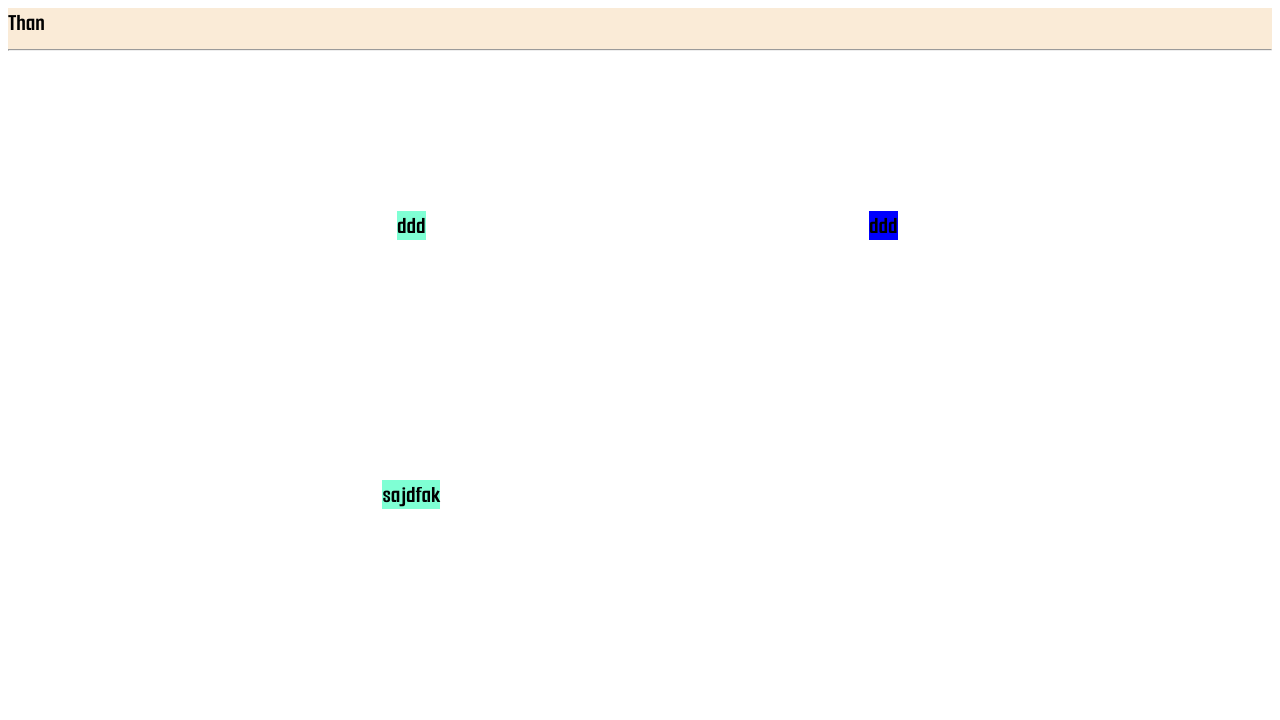
Repository: Than-dot/Than-dot
Page: index.html
The author's editor kept a copy of each file at every save. The page is drawn from the files as they stood at one save, then again after a run of saves.
The browser window is 1280 px wide. The pictures show the whole page.

Above is the page before, as saved 2026-04-22 12:32:02.

After the next 2 saves:
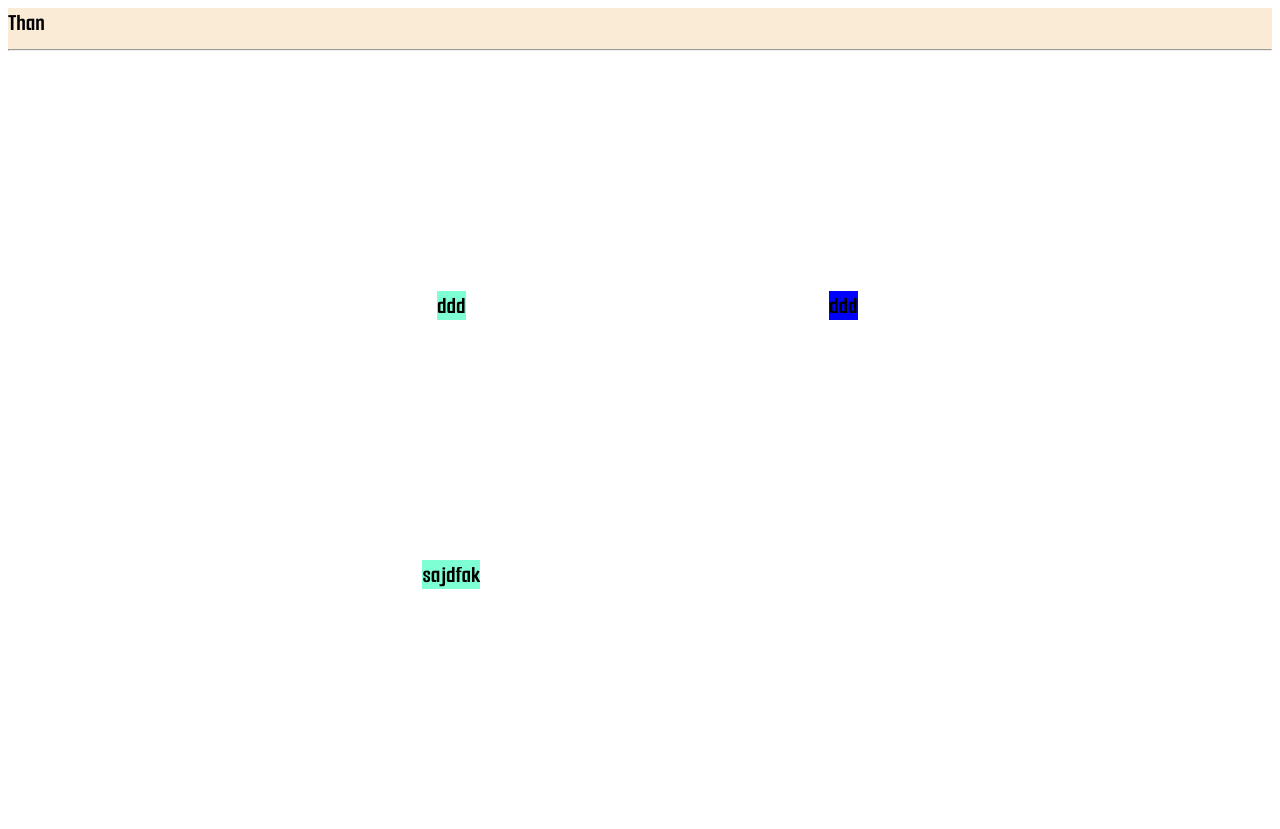
The 2 saves are shown as one change because they came seconds apart.
The last was saved 10 s later.
--- a/styles/index.css
+++ b/styles/index.css
@@ -1,5 +1,5 @@
 .container {
-  margin: 10rem;
+  margin: 15rem;
   display: grid;
   grid-template-columns: auto auto;
 }
